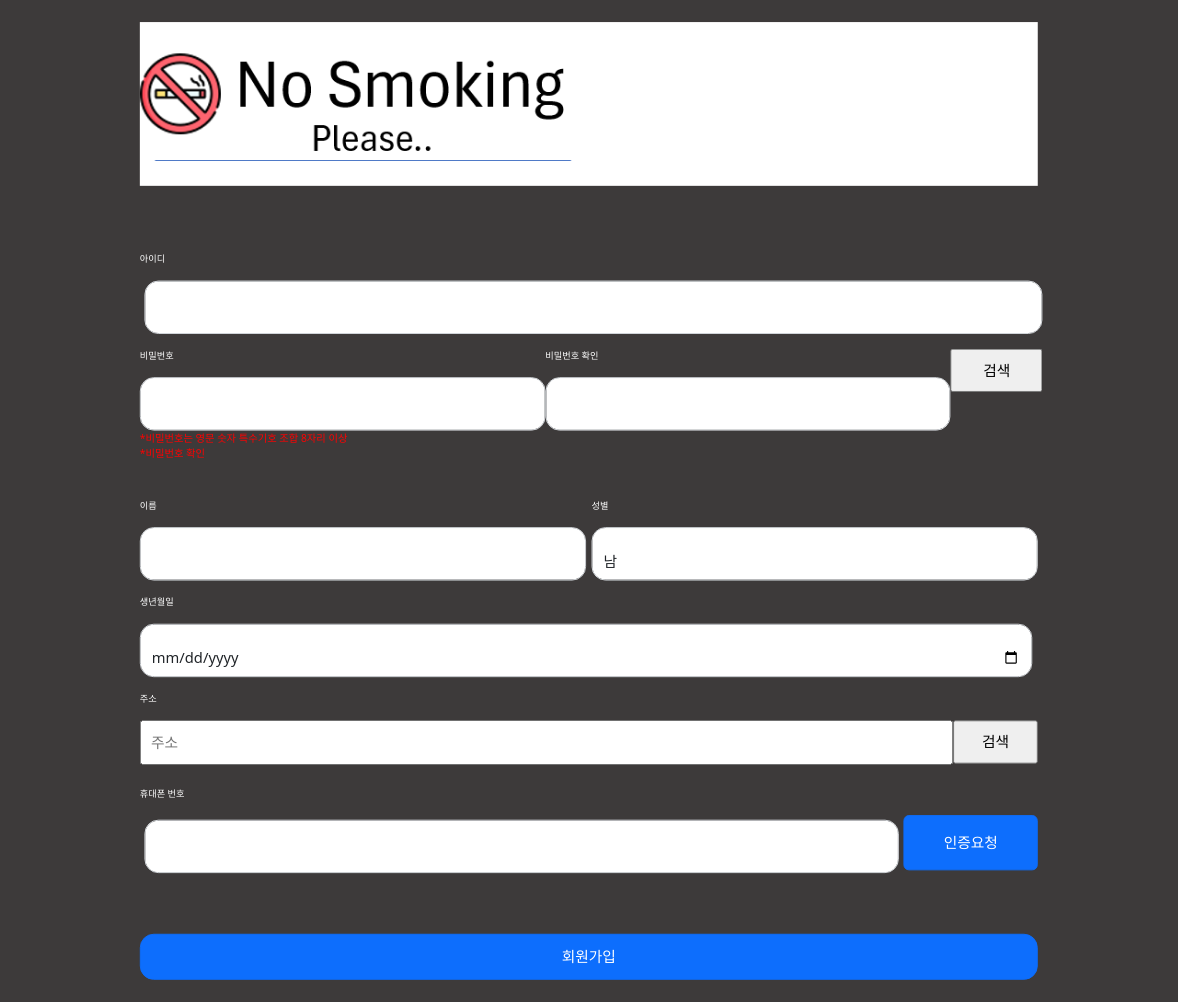
Repository: Imdo714/NoSmoking
Page: http://localhost/noSmoking/WEB-INF/views/member/insertMember.jsp
The author's editor kept a copy of each file at every save. The page is drawn from the files as they stood at one save, then again after the next save.
The browser window is 1280 px wide. The pictures show the whole page, at 92% of full size.
The page is served by Tomcat 9. Nobody is signed in. The template is opened directly, without the code that normally fills it, so the values that code supplies are empty.

Above is the page before, as saved 2024-03-05 09:28:20.

After the next save:
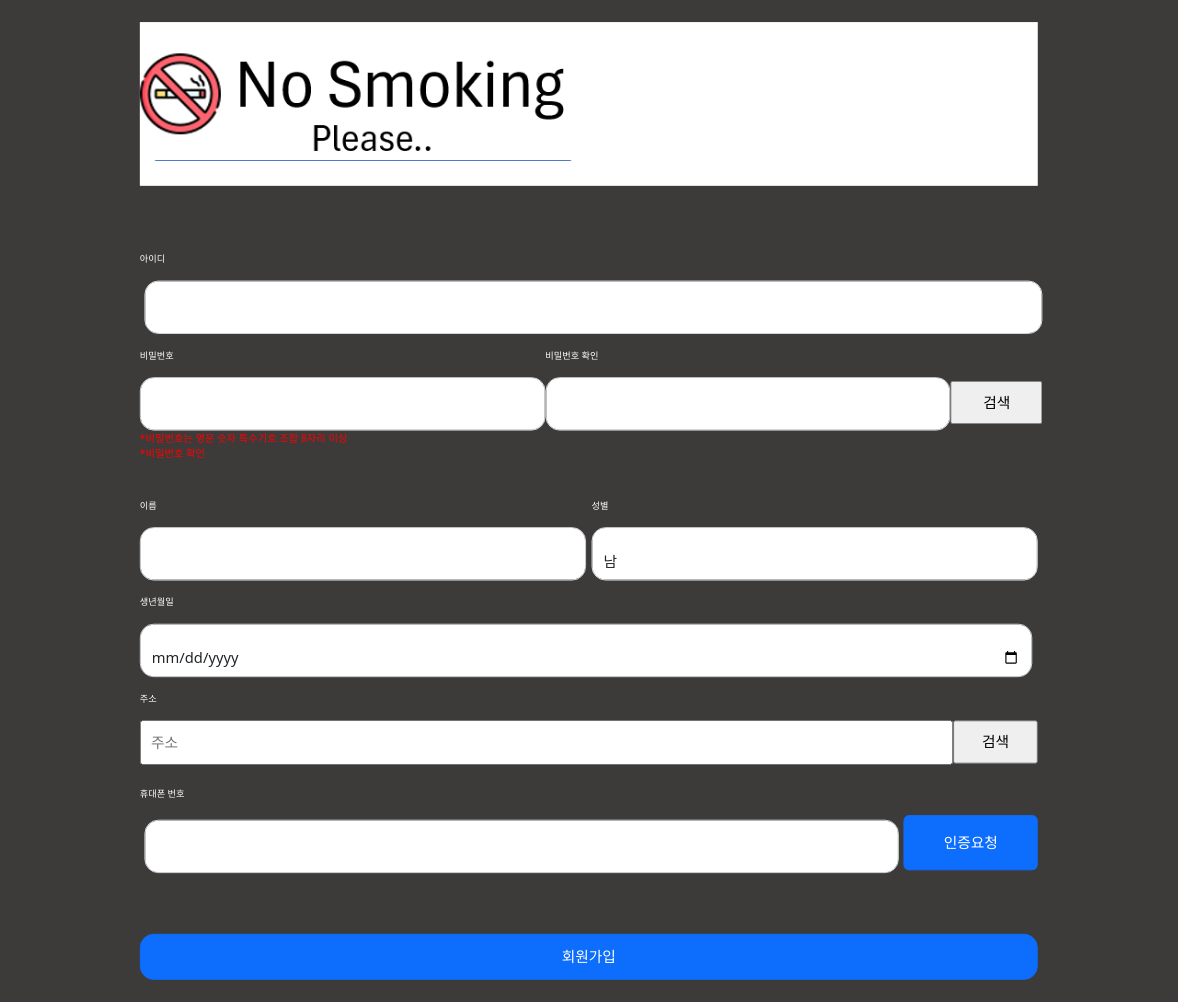
Saved 2 min 35 s later.
--- a/noSmoking/src/main/webapp/resources/css/member/insertMember.css
+++ b/noSmoking/src/main/webapp/resources/css/member/insertMember.css
@@ -60,6 +60,7 @@
 }
 .join-halfLim{
 	width: calc(10% - 3px);
+	margin-top: 35px;
 }
 body{
     background-color: rgb(61, 58, 58);
